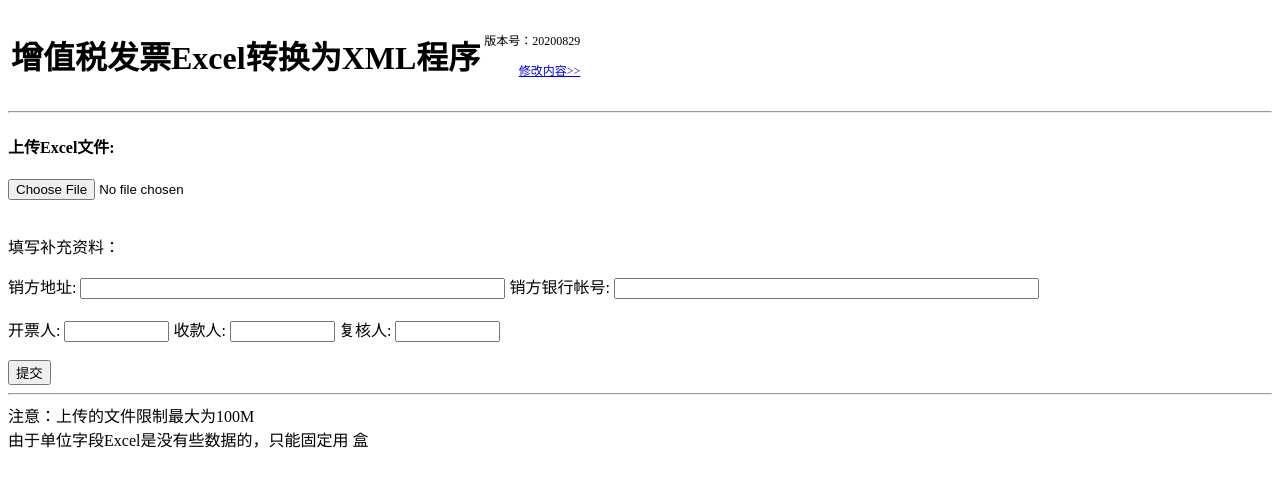
Repository: SFGuile/learnSpringapp
Page: http://localhost/demo/home.jsp
These files come from the project's save history. The page is drawn as it stood at one moment and after the next save; the edit follows.
The browser window is 1280 px wide. The pictures show the whole page.
The page is served by Tomcat 9. Other server files are loaded and not shown.

Above is the page before, as saved 2020-08-29 02:29:10.

### demo/src/main/webapp/home.jsp
<%@ page language="java" contentType="text/html; charset=UTF-8"
    pageEncoding="UTF-8"%>
<!DOCTYPE html>
<html>
<head>

<meta charset="UTF-8">
<title>增值税发票Excel转换为XML程序（测试版）</title>
</head>
<body>

 <table>
<tbody>
<tr>
<td><h1 style="text-align: left;">增值税发票Excel转换为XML程序</h1></td>
<td> <p style="font-size:12px;text-align: right;">版本号：20200829</p>
         <p style="font-size:12px;text-align: right;"><a href="../releasenote">修改内容>></a></p></td>
</tr>

</tbody>
</table>


  <hr/>
  <h4>上传Excel文件:</h4>
  <form method="POST" action="uploadfile"  enctype="multipart/form-data">
    <input type="file" name="file"  accept=".xls"/> <br/><br/>
    <p>填写补充资料：</p>
     <label for="fname">销方地址:</label>
     <input type="text" id="address" name="address" size="50">
     <label for="lname">销方银行帐号:</label>
     <input type="text" id="bankaccount" name="bankaccount" size="50"><br/><br/>
     <label for="lname">开票人:</label>
     <input type="text" id="kpr" name="kpr" size="10">
      <label for="lname">收款人:</label>
     <input type="text" id="skr" name="skr" size="10">
      <label for="lname">复核人:</label>
     <input type="text" id="fhr" name="fhr" size="10"><br/><br/>
    <button type="submit">提交</button>
  </form>
  <hr/>
  <div>
    ${message}
  </div>

   <div>

  </div>





</body>
</html>
注意：上传的文件限制最大为100M</br>
由于单位字段Excel是没有些数据的，只能固定用 盒

After the next save:
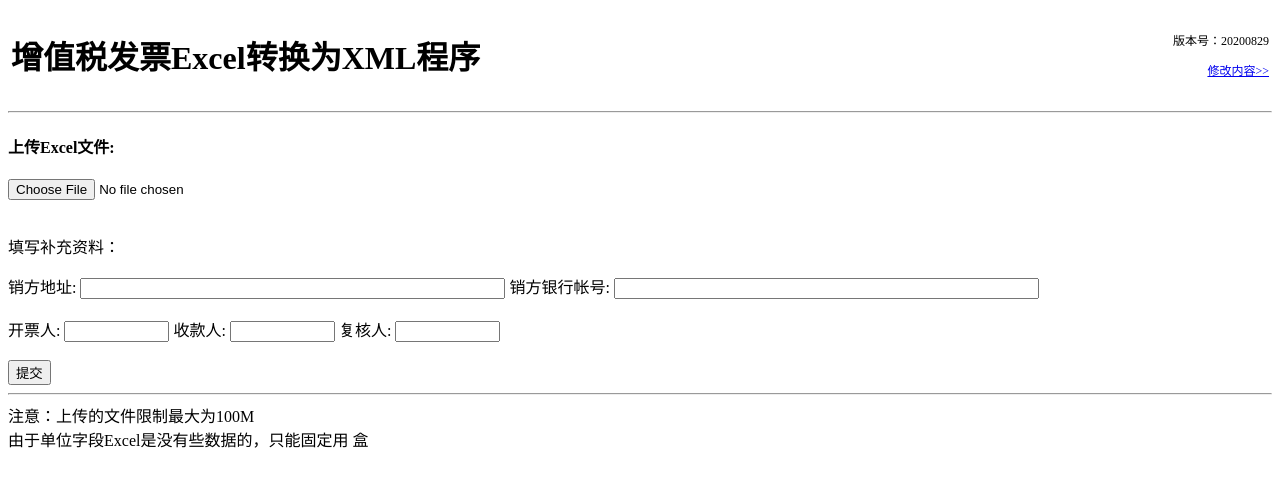
Saved 2 min 32 s later.
--- a/demo/src/main/webapp/home.jsp
+++ b/demo/src/main/webapp/home.jsp
@@ -9,7 +9,7 @@
 </head>
 <body>
 
- <table>
+<table style="width:100%">
 <tbody>
 <tr>
 <td><h1 style="text-align: left;">增值税发票Excel转换为XML程序</h1></td>
